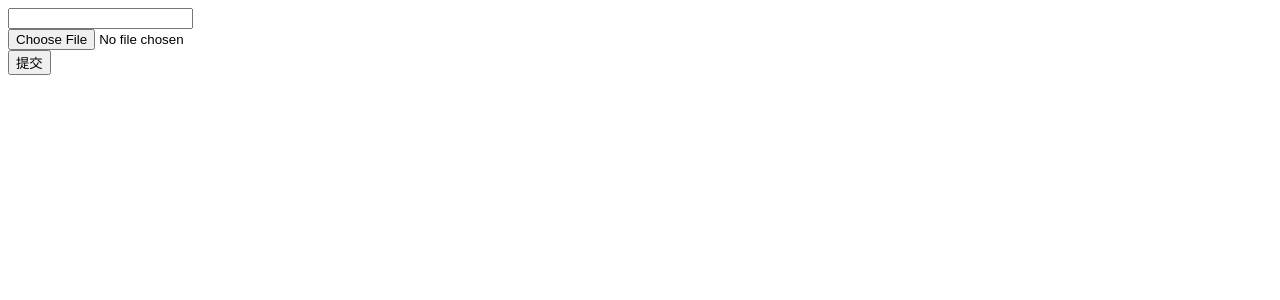
Repository: irlmpbfhvf2009/2021-09-17-Pro2-MVC
Page: http://localhost/Groupon/test.jsp
The author's editor kept a copy of each file at every save. The page is drawn from the files as they stood at one save, then again after the next save.
The browser window is 1280 px wide. The pictures show the whole page.
The page is served by Tomcat 9. Other server files are loaded and not shown.

Above is the page before, as saved 2021-09-14 03:15:53.

### Groupon/src/main/webapp/test.jsp
<%@ page language="java" contentType="text/html; charset=BIG5"
    pageEncoding="BIG5"%>
<!DOCTYPE html>
<html>
<head>
<meta charset="BIG5">
<title>Insert title here</title>
</head>
<body>
	<form action="./test" method="post" enctype="multipart/form-data">
	<input type="text" name="desc"/><br>
	<input type="file" name="file"/><br>
	<input type="submit" value="提交">

	</form>
</body>
</html>

After the next save:
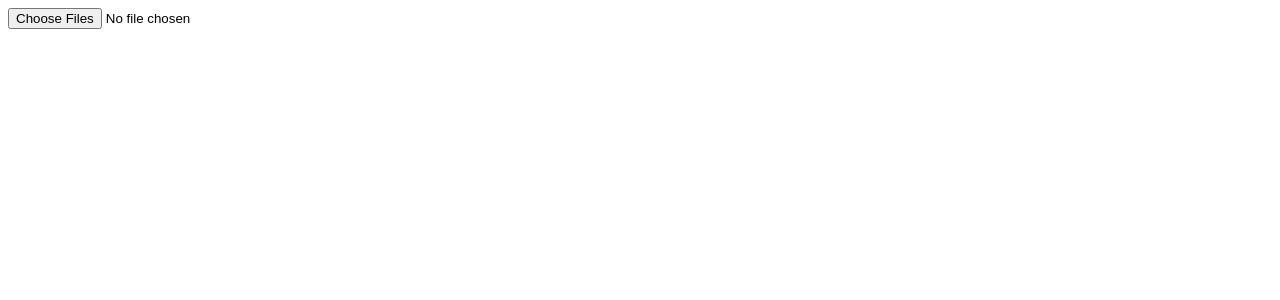
Console error: SyntaxError: missing ) after argument list
Saved 3 min 23 s later.
--- a/Groupon/src/main/webapp/test.jsp
+++ b/Groupon/src/main/webapp/test.jsp
@@ -8,10 +8,39 @@
 </head>
 <body>
 	<form action="./test" method="post" enctype="multipart/form-data">
-	<input type="text" name="desc"/><br>
-	<input type="file" name="file"/><br>
-	<input type="submit" value="提交">
+<input type="file" name="file0" id="file0" multiple="multiple" />
+<br><br><img src="" id="img0" width="120" class="hide">
 
 	</form>
 </body>
+<script>
+$("#file0").change(function(){
+var objUrl = getObjectURL(this.files[0]) ;
+console.log("objUrl = " objUrl) ;
+if (objUrl)
+{
+$("#img0").attr("src", objUrl);
+$("#img0").removeClass("hide");
+}
+}) ;
+//建立一個可存取到該file的url
+function getObjectURL(file)
+{
+var url = null ;
+if (window.createObjectURL!=undefined)
+{ // basic
+url = window.createObjectURL(file) ;
+}
+else if (window.URL!=undefined)
+{
+// mozilla(firefox)
+url = window.URL.createObjectURL(file) ;
+}
+else if (window.webkitURL!=undefined) {
+// webkit or chrome
+url = window.webkitURL.createObjectURL(file) ;
+}
+return url ;
+}
+</script>
 </html>
